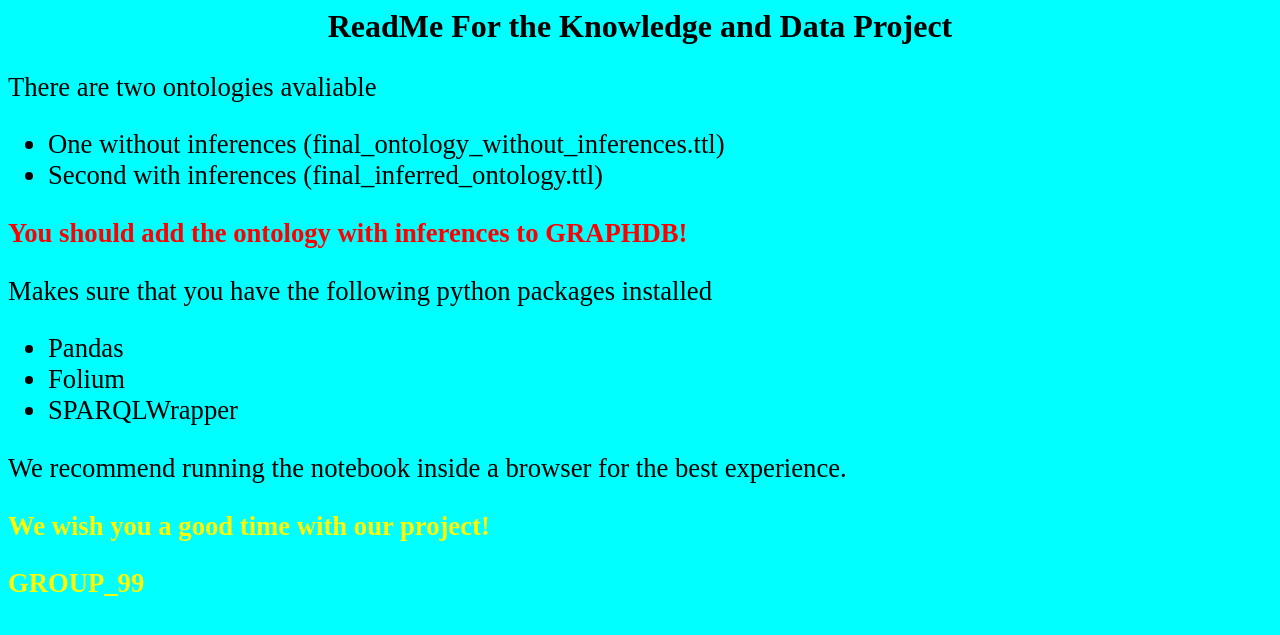
Repository: pawelpiwowarski/Knowledge_and_Data
Page: README.html
An editor plug-in stored every save of this project. The page is shown before and after the next save, followed by the edit.
The browser window is 1280 px wide. The pictures show the whole page.

Above is the page before, as saved 2022-10-27 22:13:56.

### README.html

<html>
<head>

<title>README</title>
<style>
#title {
    font-family: "Times New Roman", Times, serif;
    font-size: 24pt;
    font-weight: bold;
    color: #000000;
    text-align: center;
}

#red {
    font-family: "Times New Roman", Times, serif;
    font-size: 20pt;
    font-weight: bold;
    color: #FF0000;

}

#wishes {
    font-family: "Times New Roman", Times, serif;
    font-size: 20pt;
    font-weight: bold;
    color: yellow;

}
body { font-family: 'Times New Roman', Times, serif; font-size: 20pt; background-color: aqua;}
</style>
</head>
<body>
<h2 id="title"> ReadMe For the Knowledge and Data Project</h2>
<p> There are two ontologies avaliable</p>
<ul>
<li>
    One without inferences  (final_ontology_without_inferences.ttl)
</li>
<li>
    Second with inferences  (final_inferred_ontology.ttl)
</li>
</ul>

<p id="red"> You should add the ontology with inferences to GRAPHDB! </p>

<p> Makes sure that you have the following python packages installed<p>

<ul>
<li>
Pandas
</li>
<li>
Folium
</li>
<li>
SPARQLWrapper
</li>
</ul>
<p> We recommend running the notebook inside a browser for the best experience. <p></p>
<p id="wishes">  We wish you a good time with our project! </p>
<p id="wishes">  GROUP_99 </p>
</body>
</html>

After the next save:
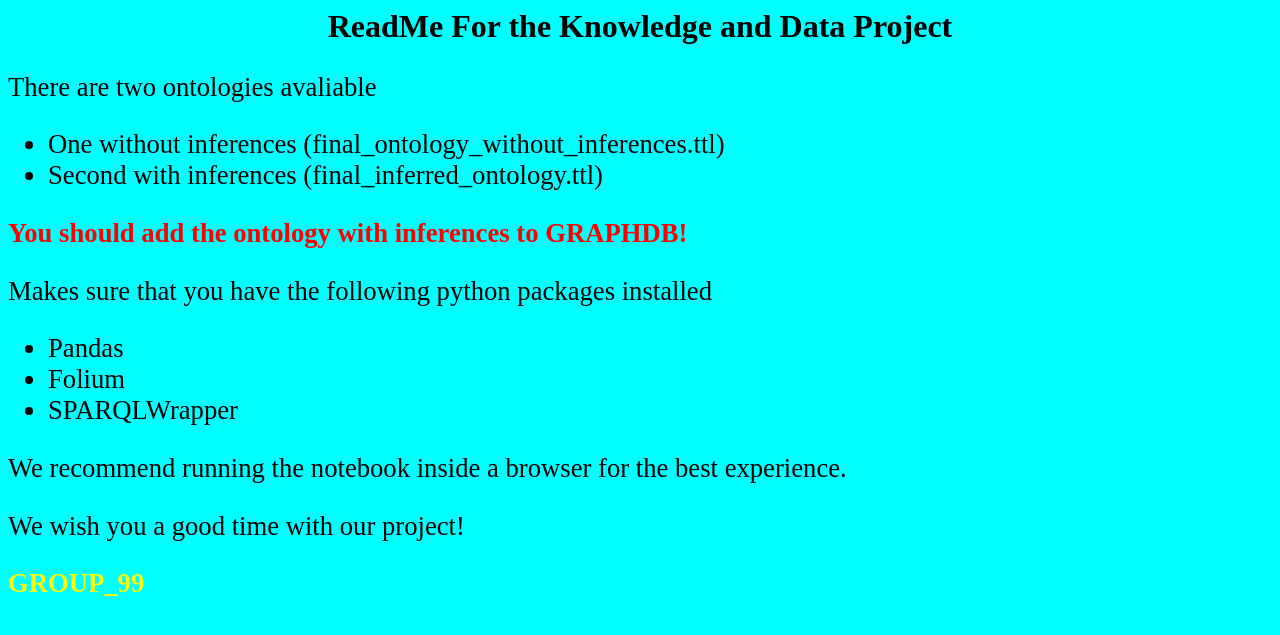
Saved 22 s later.
--- a/README.html
+++ b/README.html
@@ -58,7 +58,7 @@ SPARQLWrapper
 </li>
 </ul>
 <p> We recommend running the notebook inside a browser for the best experience. <p></p>
-<p id="wishes">  We wish you a good time with our project! </p>
+<p>  We wish you a good time with our project! </p>
 <p id="wishes">  GROUP_99 </p>
 </body>
 </html>
